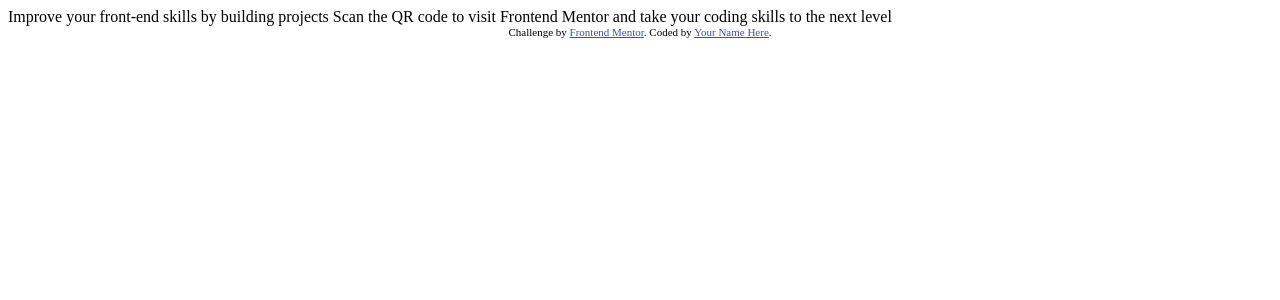
Repository: Arkitecth/QR-Code-Component
Page: index.html
The author's editor kept a copy of each file at every save. The page is drawn from the files as they stood at one save, then again after the next save.
The browser window is 1280 px wide. The pictures show the whole page.

Above is the page before, as saved 2023-05-30 16:28:59.

### index.html
<!DOCTYPE html>
<html lang="en">
<head>
  <meta charset="UTF-8">
  <meta name="viewport" content="width=device-width, initial-scale=1.0"> <!-- displays site properly based on user's device -->

  <link rel="icon" type="image/png" sizes="32x32" href="./images/favicon-32x32.png">

  <title>Frontend Mentor | QR code component</title>

  <!-- Feel free to remove these styles or customise in your own stylesheet 👍 -->
  <style>
    .attribution { font-size: 11px; text-align: center; }
    .attribution a { color: hsl(228, 45%, 44%); }
  </style>
</head>
<body>

  Improve your front-end skills by building projects

  Scan the QR code to visit Frontend Mentor and take your coding skills to the next level

  <div class="attribution">
    Challenge by <a href="https://www.frontendmentor.io?ref=challenge" target="_blank">Frontend Mentor</a>.
    Coded by <a href="#">Your Name Here</a>.
  </div>
</body>
</html>

After the next save:
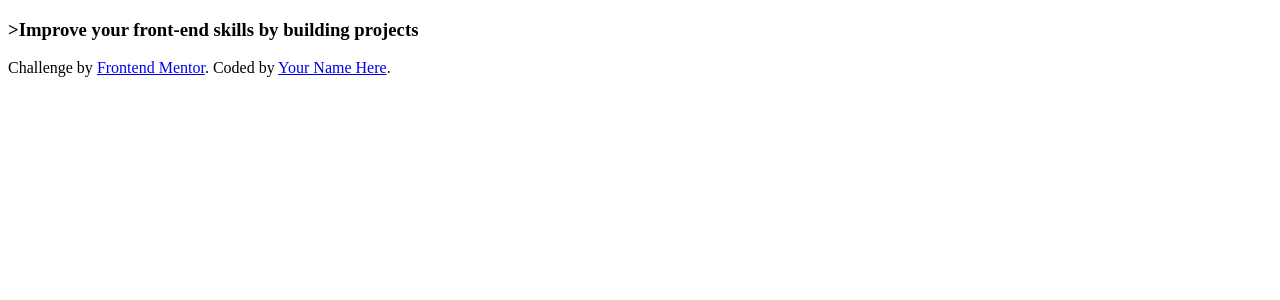
Saved 21 min 18 s later.
--- a/index.html
+++ b/index.html
@@ -16,7 +16,7 @@
 </head>
 <body>
 
-  Improve your front-end skills by building projects
+ <h3>>Improve your front-end skills by building projects</h3
 
   Scan the QR code to visit Frontend Mentor and take your coding skills to the next level
 
